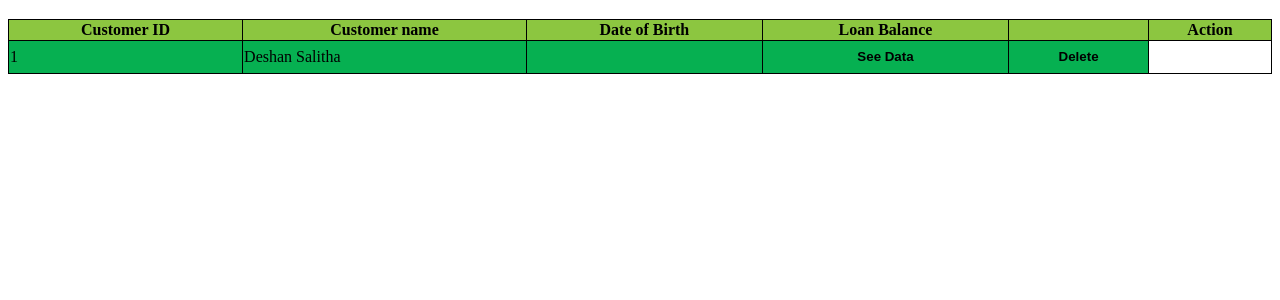
Repository: developerks611/loanweb
Page: http://localhost/loan-web/viewcustomers.jsp
These files come from the project's save history. The page is drawn as it stood at one moment and after the next save; the edit follows.
The browser window is 1280 px wide. The pictures show the whole page.
The page is served by Tomcat 9.

Above is the page before, as saved 2023-03-10 10:37:53.

After the next save:
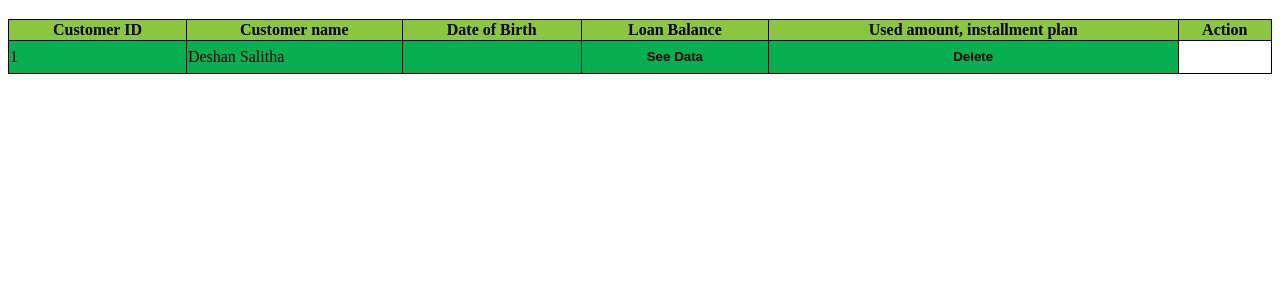
Saved 5 s later.
--- a/loan-web/src/main/webapp/viewcustomers.jsp
+++ b/loan-web/src/main/webapp/viewcustomers.jsp
@@ -42,7 +42,7 @@ background-color:#06B051;
     <th>Customer name</th>
     <th>Date of Birth</th>
      <th>Loan Balance</th>
-     <th></th>
+     <th>Used amount, installment plan </th>
     <th colspan="2">Action</th>
   </tr>
 
